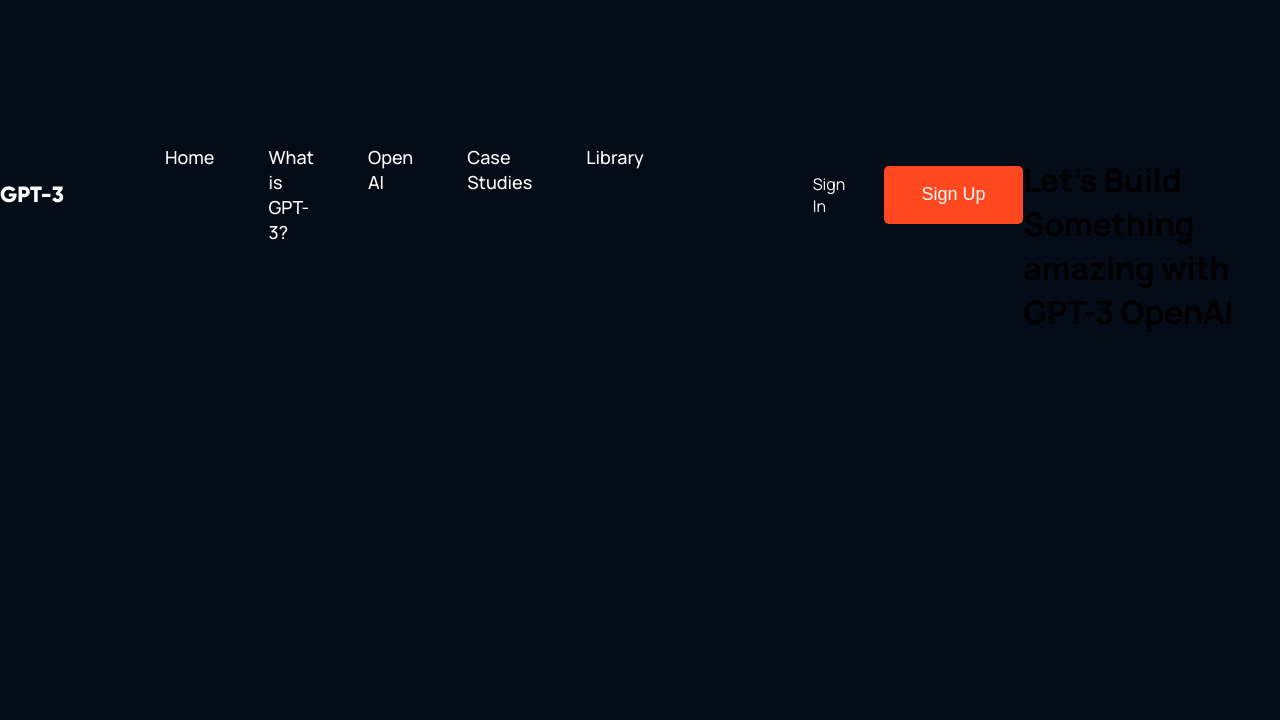
Repository: guilhermecardoso93/lp-gpt3
Page: index.html
These files come from the project's save history. The page is drawn as it stood at one moment and after the next save; the edit follows.
The browser window is 1280 px wide. The pictures show the whole page.

Above is the page before, as saved 2022-08-22 23:18:23.

After the next save:
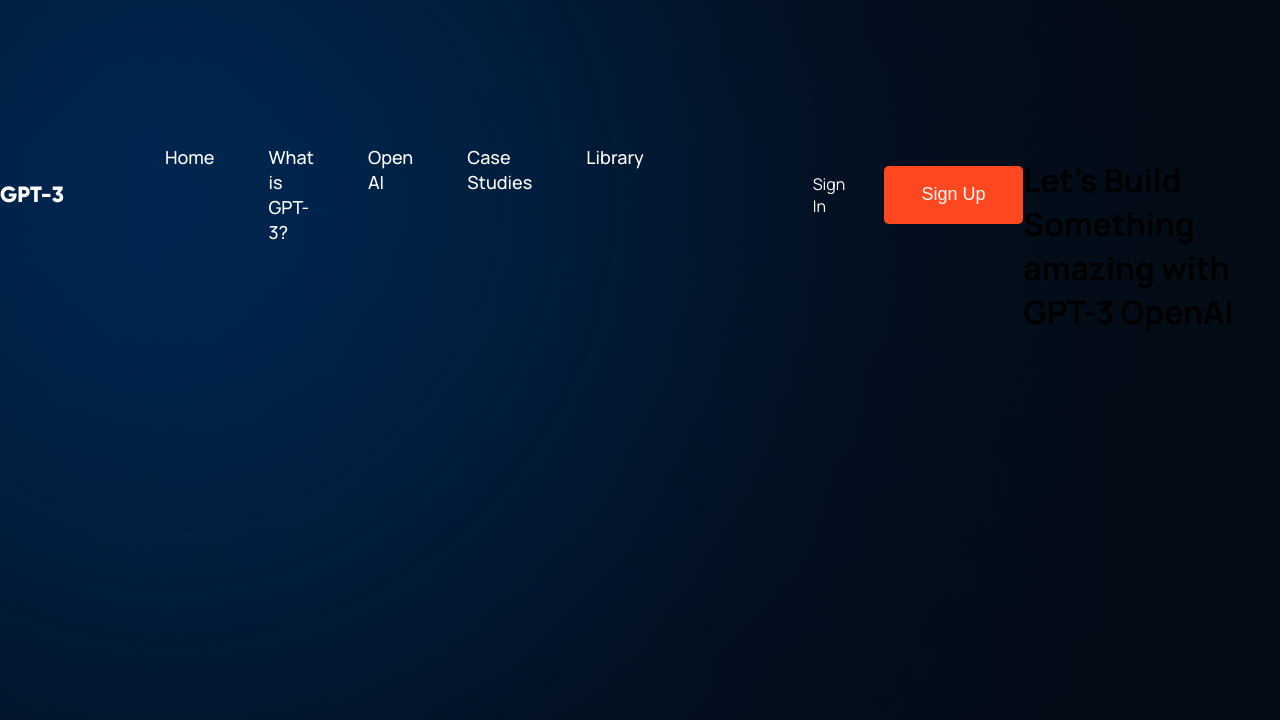
Saved 35 s later.
--- a/style.css
+++ b/style.css
@@ -12,17 +12,15 @@
 }
 
 body {
-  font-family: "Manrope", sans-serif;
-
+  background: #040C18;
+  font-family: 'Manrope', sans-serif;
   width: 100%;
   display: flex;
   align-items: center;
   justify-content: center;
-
   background-image: url(/assets/blur-background-left.png);
   background-repeat: no-repeat;
   background-position: top left;
-  background: #040c18;
   overflow-x: hidden;
 }
 

After the save that followed:
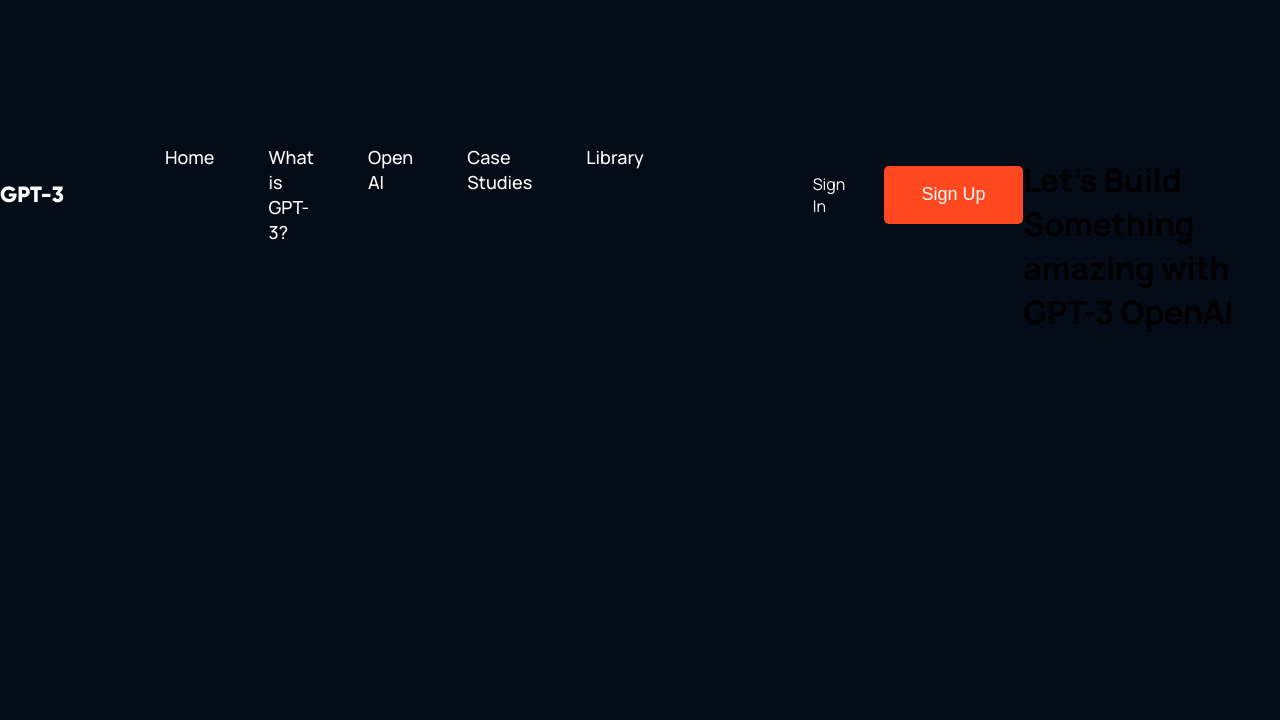
Saved 14 s later.
--- a/style.css
+++ b/style.css
@@ -12,15 +12,17 @@
 }
 
 body {
-  background: #040C18;
-  font-family: 'Manrope', sans-serif;
+  font-family: "Manrope", sans-serif;
+
   width: 100%;
   display: flex;
   align-items: center;
   justify-content: center;
+
   background-image: url(/assets/blur-background-left.png);
   background-repeat: no-repeat;
   background-position: top left;
+  background: #040c18;
   overflow-x: hidden;
 }
 
